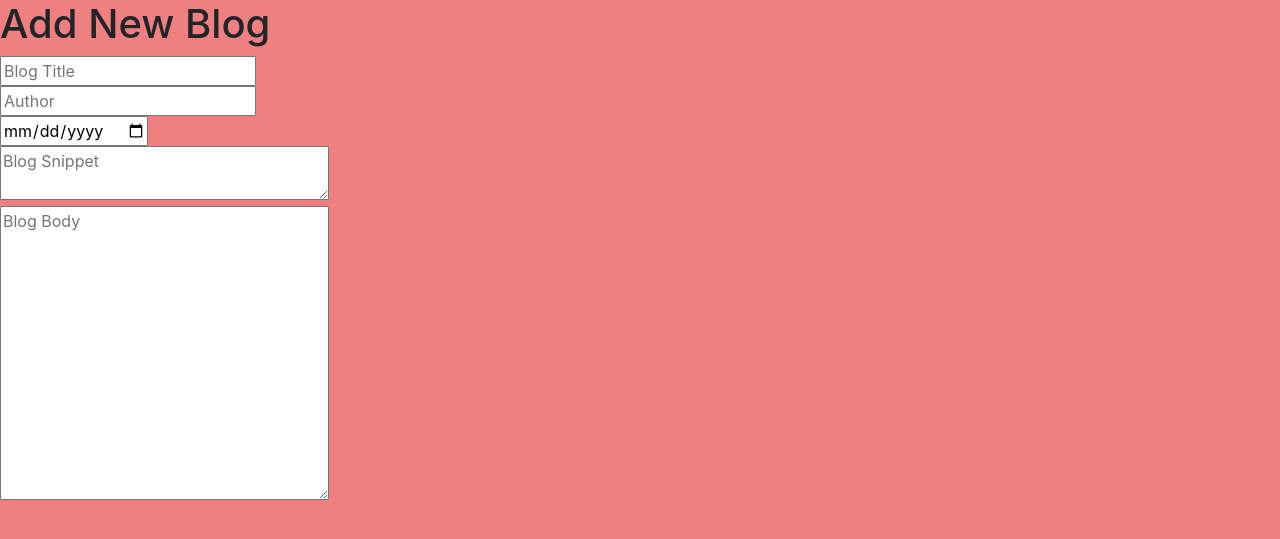
Repository: just-mann/just-blog
Page: http://localhost/add-blog
An editor plug-in stored every save of this project. The page is shown before and after the next save, followed by the edit.
The browser window is 1280 px wide. The pictures show the whole page.
The page is served by the project's Node server (index.js).

Above is the page before, as saved 2022-01-29 12:24:50.

After the next save:
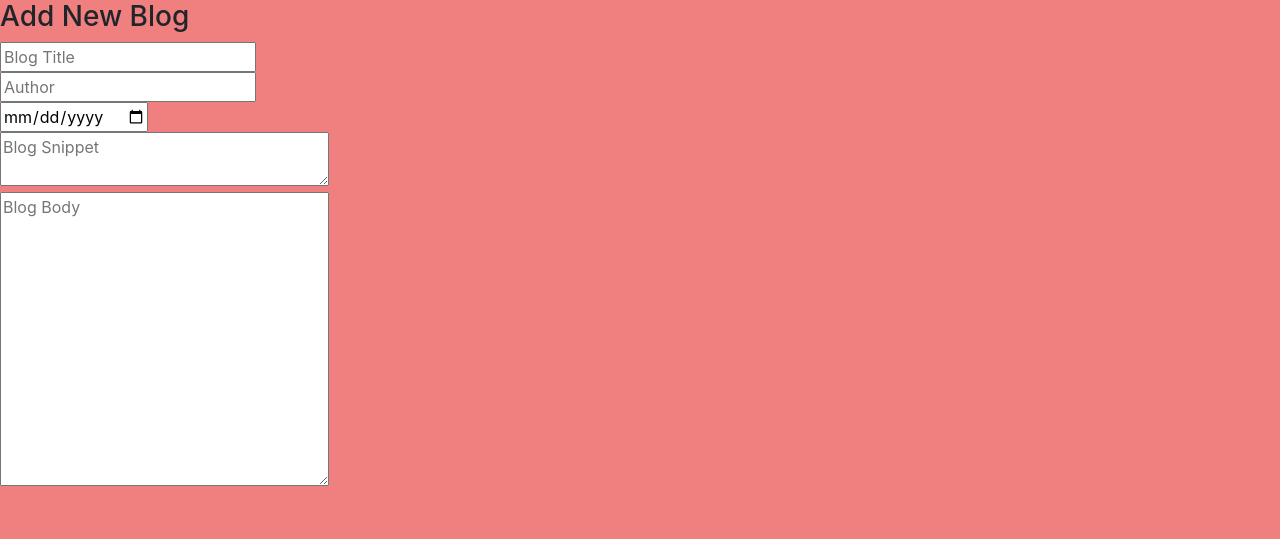
Saved 64 s later.
--- a/views/add-blog.ejs
+++ b/views/add-blog.ejs
@@ -11,7 +11,7 @@
   </head>
   <body>
     <div>
-      <h1>Add New Blog</h1>
+      <h3>Add New Blog</h3>
       <form action="/add-new-blog" method="POST">
         <div class="titleDiv">
           <input type="text" name="title" class="blog-title" placeholder="Blog Title">
